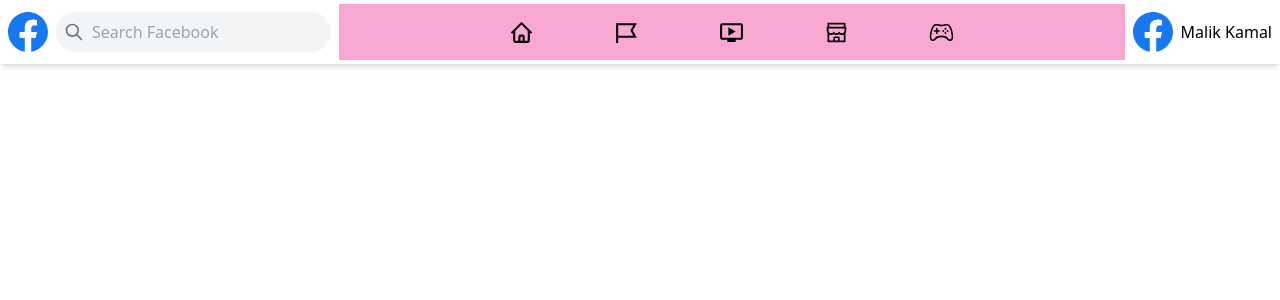
Repository: almaqdad55/springboot-nextjs-fbook
Page: /
An editor plug-in stored every save of this project. The page is shown before and after the next save, followed by the edit.
The browser window is 1280 px wide. The pictures show the whole page.
The project was rebuilt for these pictures with package versions that can differ from the ones it lists, and the page was loaded fresh each time. The framework's server and built-in components were replaced by stand-ins that run in the browser. Also part of the build but not shown: next.config.js.

Above is the page before, as saved 2022-08-08 23:00:32.

### pages/index.js
import Head from 'next/head';
import Image from 'next/image';
import Header from '../components/Header';

export default function Home() {
  return (
    <div>
      <Head>
        <title>Facebook 2.0</title>
        <meta name="description" content="Generated by create next app" />
        <link rel="icon" href="/facebook-logo.svg" />
      </Head>
      <Header />
      <main></main>
    </div>
  );
}

### components/Header.jsx
import React from 'react';
import Image from 'next/image';
import { HiOutlineSearch, HiOutlineHome } from 'react-icons/hi';
import { RiFlag2Line } from 'react-icons/ri';
import { MdOutlineOndemandVideo } from 'react-icons/md';
import { AiOutlineShop } from 'react-icons/ai';
import { IoGameControllerOutline } from 'react-icons/io5';

const Header = () => {
  return (
    <div className="bg-white flex items-center p-2 shadow-md top-0 sticky z-50 h-16">
      {/* Left component  */}
      <div className="flex min-w-fit">
        <Image src="/facebook-logo.svg" height={40} width={40} />
        <div className="flex items-center space-x-2 px-2 ml-2 rounded-full bg-gray-100 text-gray-500">
          <HiOutlineSearch size={20} />
          <input
            className="hidden lg:inline-flex bg-transparent outline-none"
            type="text"
            placeholder="Search Facebook"
          />
        </div>
      </div>
      {/* Center  component  */}
      <div className="flex flex-grow justify-center mx-2 bg-pink-300">
        <div className="flex items-center">
          <div className="flex items-center h-14 px-4 md:px-10 rounded-md md:hover:bg-gray-100 cursor-pointer">
            <HiOutlineHome size={25} className="mx-auto" />
          </div>
          <div className="flex items-center h-14 px-4 md:px-10 rounded-md md:hover:bg-gray-100 cursor-pointer">
            <RiFlag2Line size={25} className="mx-auto" />
          </div>
          <div className="flex items-center h-14 px-4 md:px-10 rounded-md md:hover:bg-gray-100 cursor-pointer">
            <MdOutlineOndemandVideo size={25} className="mx-auto" />
          </div>
          <div className="flex items-center h-14 px-4 md:px-10 rounded-md md:hover:bg-gray-100 cursor-pointer">
            <AiOutlineShop size={25} className="mx-auto" />
          </div>
          <div className="flex items-center h-14 px-4 md:px-10 rounded-md md:hover:bg-gray-100 cursor-pointer">
            <IoGameControllerOutline size={25} className="mx-auto" />
          </div>
        </div>
      </div>
      {/* Right component */}
      <div className="flex items-center justify-end min-w-fit space-x-2 ">
        <Image src="/facebook-logo.svg" height={40} width={40} />
        <p>Malik Kamal</p>
      </div>
    </div>
  );
};

export default Header;

Loaded but not shown: pages/_app.js (common file); styles/globals.css (common file); tailwind.config.js (common file)

After the next save:
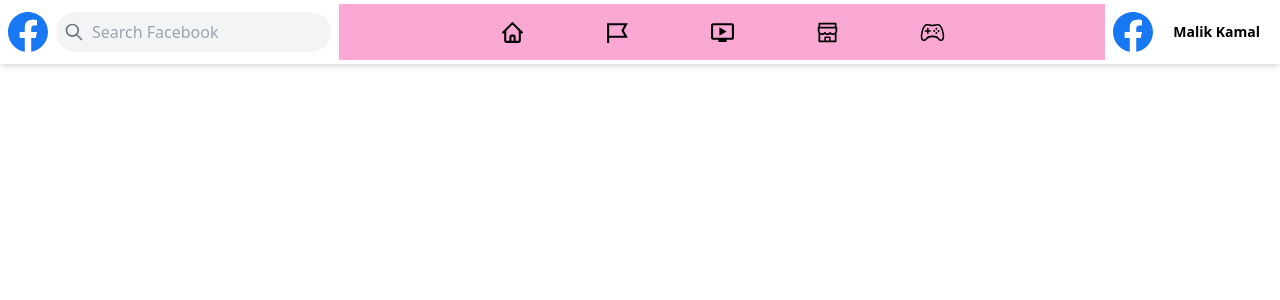
Saved 73 s later.
--- a/components/Header.jsx
+++ b/components/Header.jsx
@@ -44,7 +44,9 @@
       {/* Right component */}
       <div className="flex items-center justify-end min-w-fit space-x-2 ">
         <Image src="/facebook-logo.svg" height={40} width={40} />
-        <p>Malik Kamal</p>
+        <p className="hidden lg:inline-flex font-semibold text-sm whitespace-nowrap p-3 max-w-xs">
+          Malik Kamal
+        </p>
       </div>
     </div>
   );
